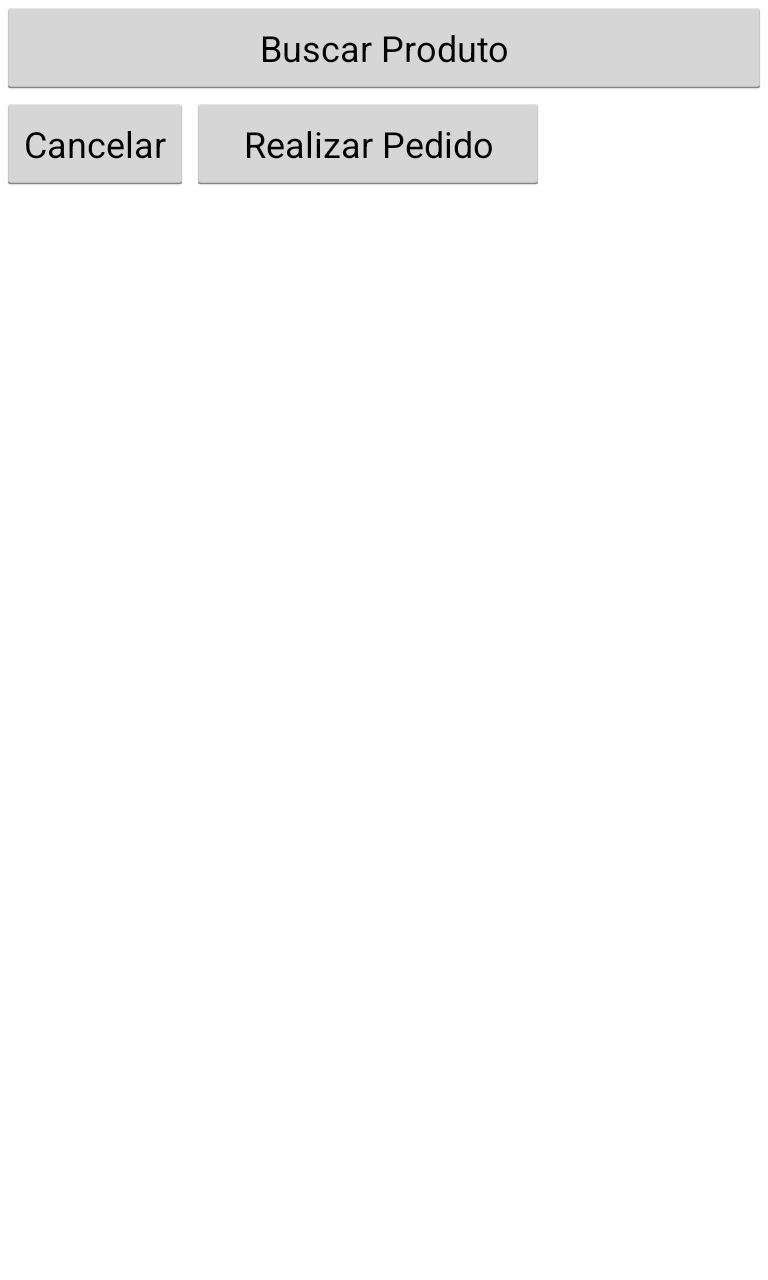
Repository: tmalveirac/mobpdv
Layout: WorkspaceAndroid/MobPDVProjet/res/layout/activity_pedido.xml
An editor plug-in stored every save of this project. The layout is shown before and after a run of saves, followed by the edit.
It is drawn on a 768 x 1280 px phone screen (xhdpi) without system bars, with theme AppTheme; the app's code is not run.

Above is the layout before, as saved 2013-05-21 13:30:39.

### WorkspaceAndroid/MobPDVProjet/res/layout/activity_pedido.xml
<LinearLayout xmlns:android="http://schemas.android.com/apk/res/android"
    xmlns:tools="http://schemas.android.com/tools"
      android:id="@+id/pedido_form"
    android:layout_width="fill_parent"
    android:layout_height="fill_parent"
    android:orientation="vertical"

    tools:context=".PedidoActivity" >

    <Button
        android:id="@+id/btnBpdt"
        android:layout_width="fill_parent"
        android:layout_height="wrap_content"
        android:text="@string/btnBpdt" />

    <LinearLayout
        android:id="@+id/pedido_foot"
        android:orientation="horizontal"
        android:layout_width="fill_parent"
    	android:layout_height="wrap_content"
                >

        <Button
            android:id="@+id/btnCancelarPedido"
            android:layout_width="wrap_content"
            android:layout_height="wrap_content"
            android:text="@string/btnCancelarPedido" />

        <Button
            android:id="@+id/btnRealizarPedido"
            android:layout_width="178dp"
            android:layout_height="wrap_content"
            android:text="@string/btnRealizarPedido" />

    </LinearLayout>

</LinearLayout>

### WorkspaceAndroid/MobPDVProjet/res/values/strings.xml
<?xml version="1.0" encoding="utf-8"?>
<resources>

    <string name="app_name">MobPDV</string>
    <string name="action_settings">Configurações</string>
    <string name="hello_world">Hello world!</string>
    <string name="btnAbrCxa">Abrir Caixa</string>
    <string name="btnIniVda">Iniciar Venda</string>
    <string name="btnFecCxa">Fechar Caixa</string>
    <string name="btnVerCdp">Ver Cardápio</string>
    <string name="btnBpdt">Buscar Produto</string>
    <string name="title_activity_ciclo_vida">CicloVida</string>
    <string name="title_activity_pedido">Pedido</string>
    <string name="title_activity_cardapio">Cardapio</string>
    <string name="txtMain">MobPDV</string>
    <string name="btnCancelarPedido">Cancelar</string>
    <string name="btnRealizarPedido">Realizar Pedido</string>


</resources>

Loaded but not shown: WorkspaceAndroid/MobPDVProjet/res/values/styles.xml (common file); WorkspaceAndroid/MobPDVProjet/res/values-v11/styles.xml (common file); WorkspaceAndroid/MobPDVProjet/res/values-v14/styles.xml (common file)

After the next 2 saves:
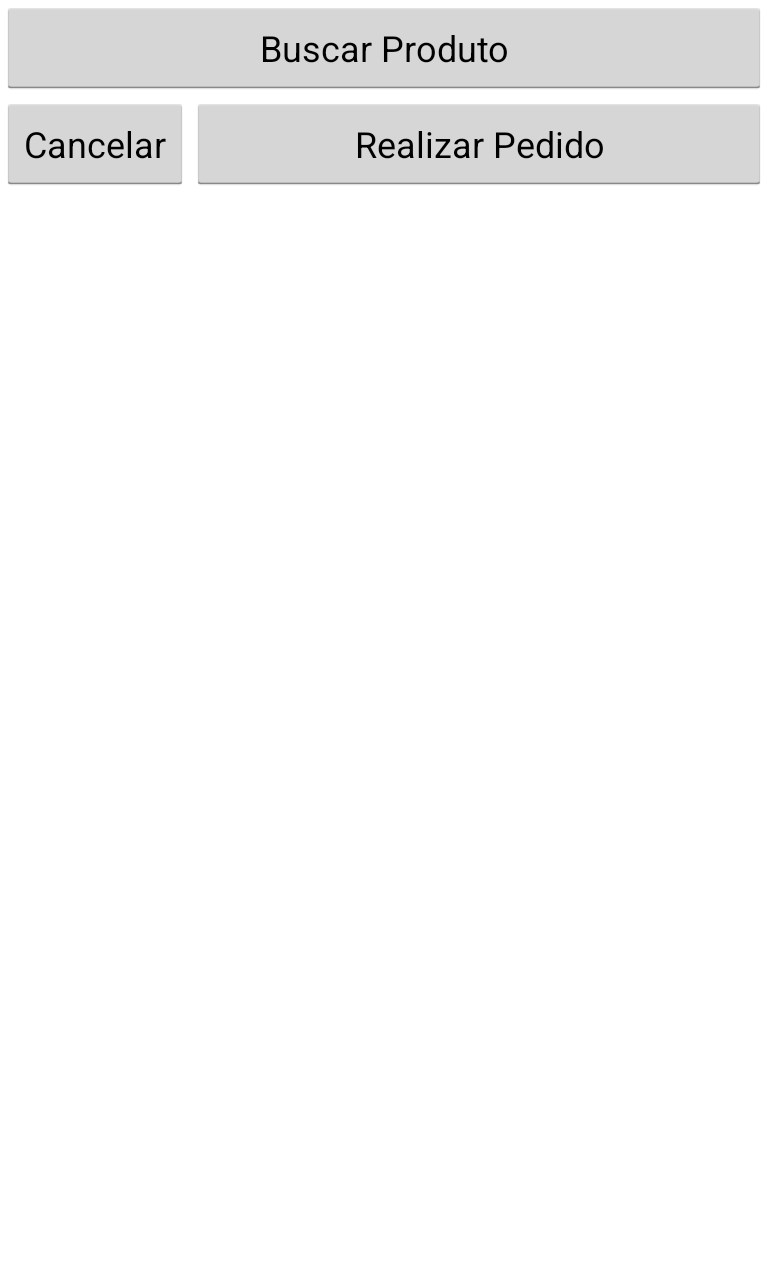
The 2 saves are shown as one change because they came seconds apart.
The last was saved 2 min 30 s later.
--- a/WorkspaceAndroid/MobPDVProjet/res/layout/activity_pedido.xml
+++ b/WorkspaceAndroid/MobPDVProjet/res/layout/activity_pedido.xml
@@ -15,10 +15,9 @@
 
     <LinearLayout
         android:id="@+id/pedido_foot"
-        android:orientation="horizontal"
         android:layout_width="fill_parent"
-    	android:layout_height="wrap_content"
-                >
+        android:layout_height="wrap_content"
+        android:orientation="horizontal" >
 
         <Button
             android:id="@+id/btnCancelarPedido"
@@ -28,10 +27,9 @@
 
         <Button
             android:id="@+id/btnRealizarPedido"
-            android:layout_width="178dp"
             android:layout_height="wrap_content"
+            android:layout_weight="0.70"
             android:text="@string/btnRealizarPedido" />
-
     </LinearLayout>
 
 </LinearLayout>

After the save that followed:
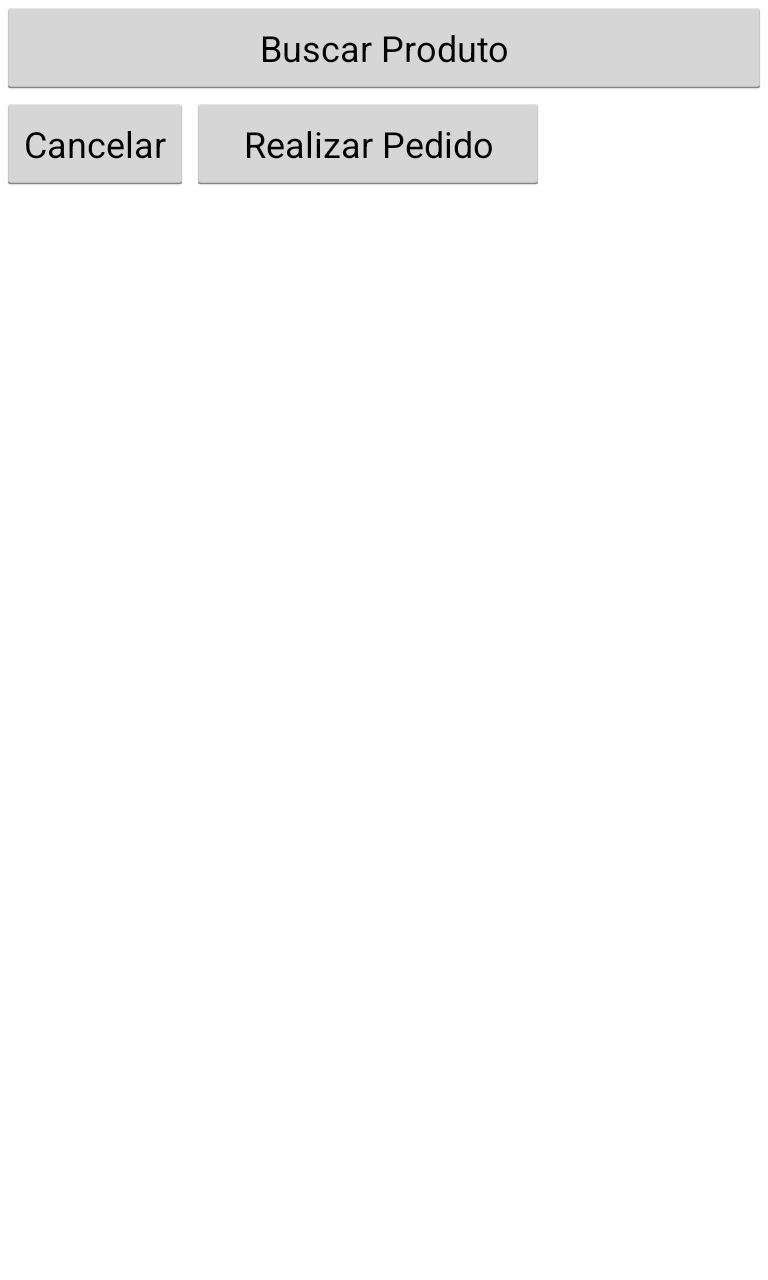
Saved 19 s later.
--- a/WorkspaceAndroid/MobPDVProjet/res/layout/activity_pedido.xml
+++ b/WorkspaceAndroid/MobPDVProjet/res/layout/activity_pedido.xml
@@ -27,8 +27,8 @@
 
         <Button
             android:id="@+id/btnRealizarPedido"
+            android:layout_width="178dp"
             android:layout_height="wrap_content"
-            android:layout_weight="0.70"
             android:text="@string/btnRealizarPedido" />
     </LinearLayout>
 
